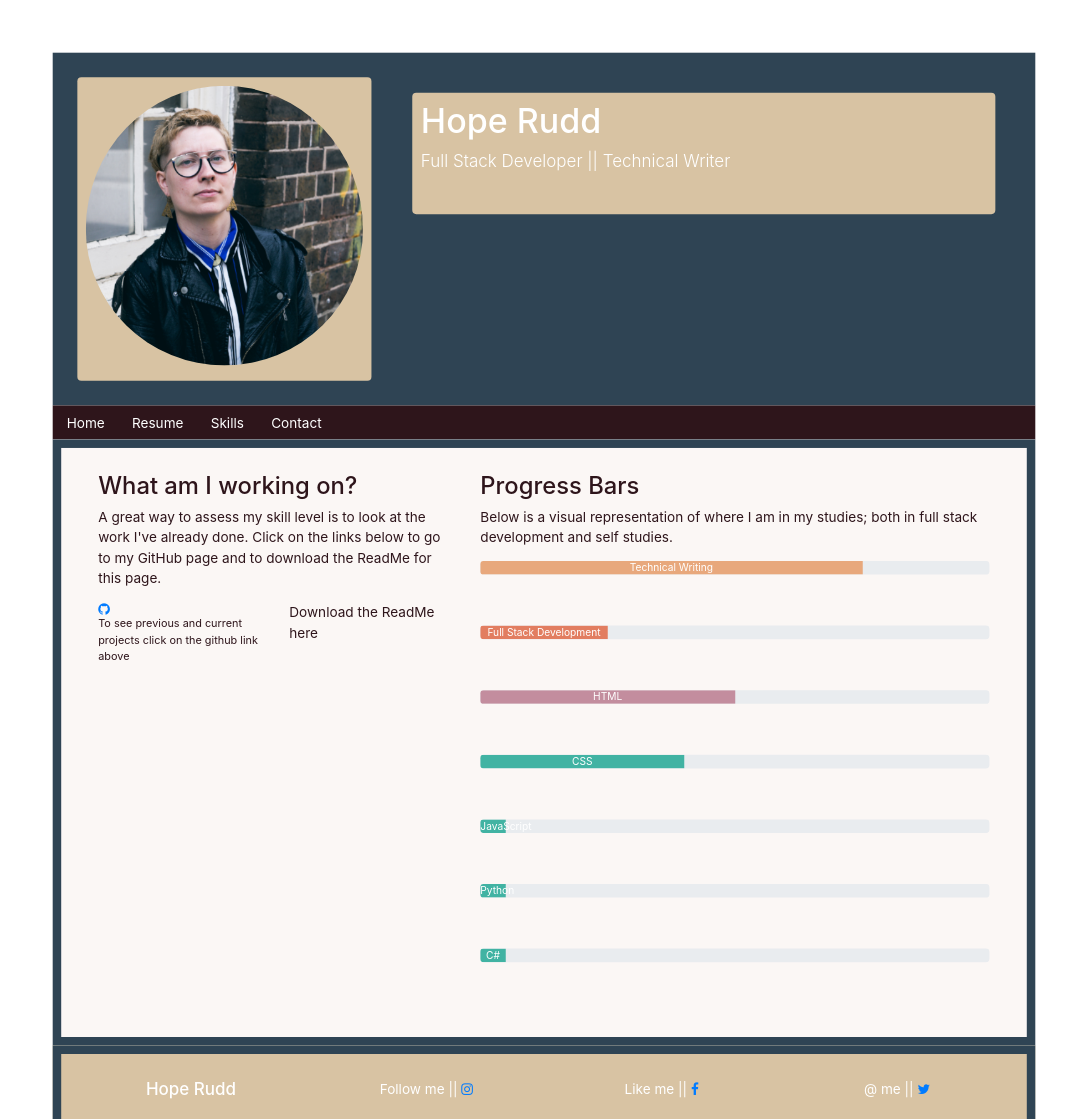
Repository: BleakTerrain/MilestoneProject-
Page: skills.html
The author's editor kept a record of every edit. The page is drawn from the files as they stood at one moment, then again after the next edit.
The browser window is 1280 px wide. The pictures show the whole page, at 85% of full size.
Some web libraries are served in a nearby version.

Above is the page before.

After the next edit:
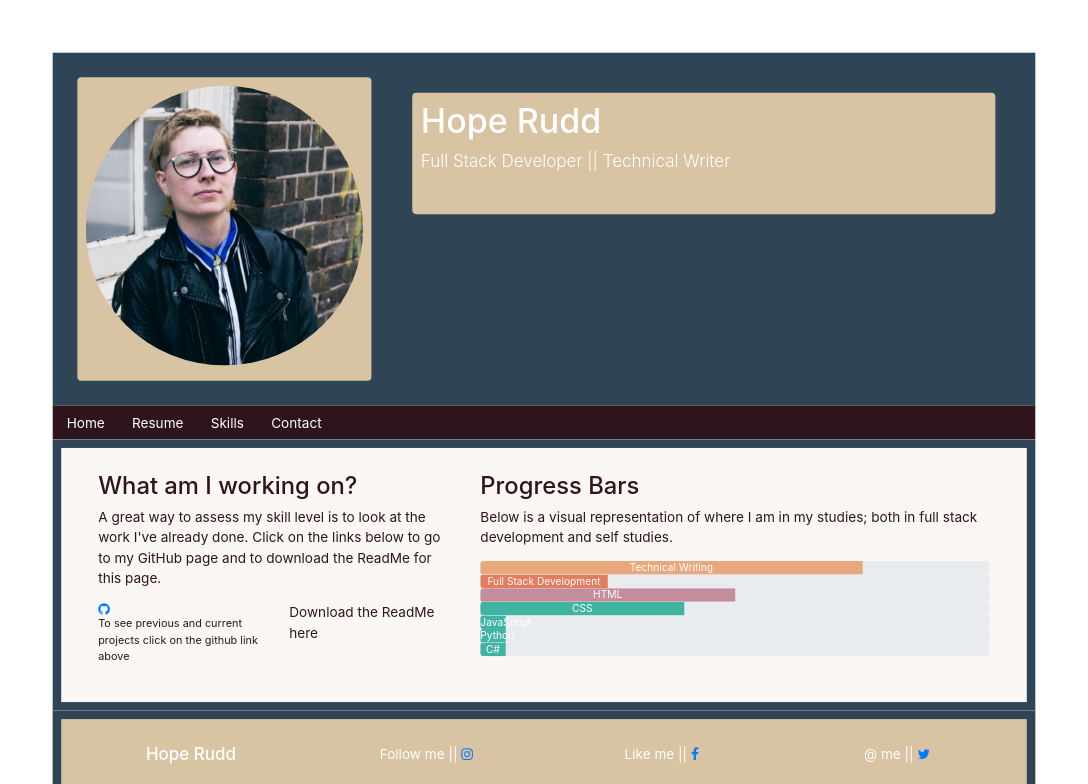
The edit:
--- a/assets/CSS/stylesheet.css
+++ b/assets/CSS/stylesheet.css
@@ -65,7 +65,7 @@
  border: solid 10px #41B3A3 ;
  padding: 2.5%;
 }
-.progress
+.progress-index
 {
   margin-bottom:10%;
 }
